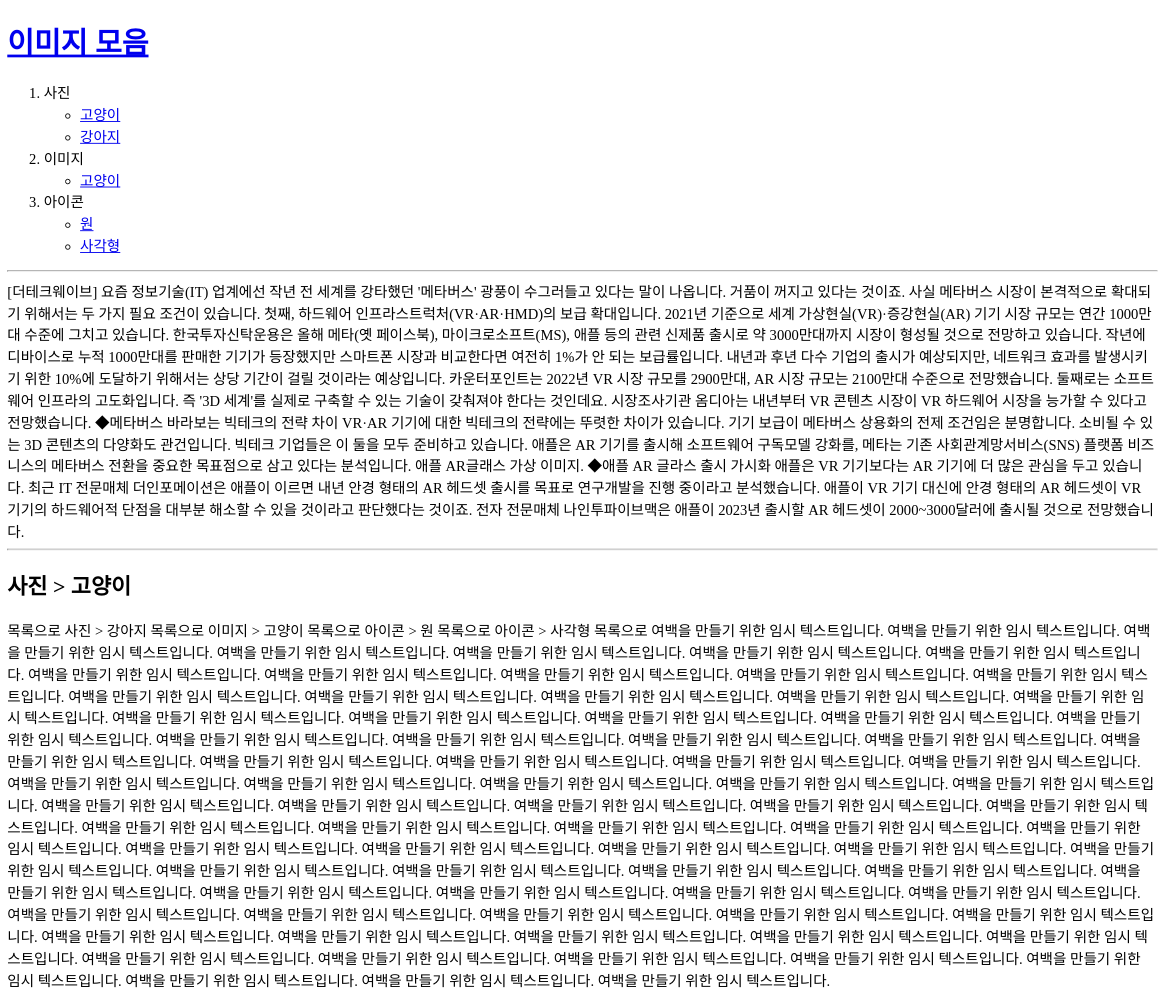
Repository: chanjin5212/Full-Stack-study
Page: client/ClientTest/src/main/webapp/html/htmlquestion/Q08.html
These files come from the project's save history. The page is drawn as it stood at one moment and after the next save; the edit follows.
The browser window is 1280 px wide. The pictures show the whole page, at 91% of full size.

Above is the page before, as saved 2022-05-24 04:04:22.

After the next save:
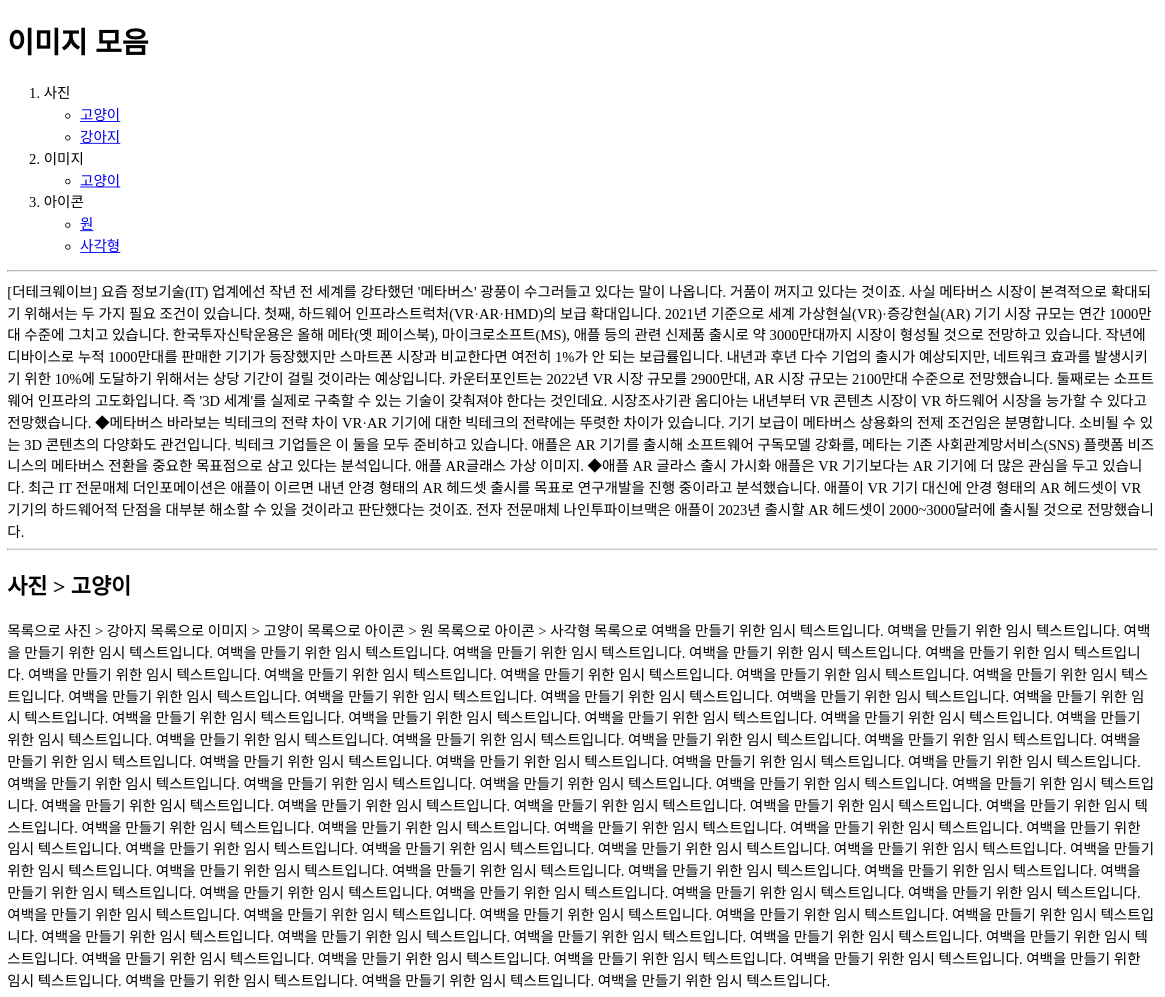
Saved 32 s later.
--- a/client/ClientTest/src/main/webapp/html/htmlquestion/Q08.html
+++ b/client/ClientTest/src/main/webapp/html/htmlquestion/Q08.html
@@ -5,7 +5,7 @@
 <title>Insert title here</title>
 </head>
 <body>
-<h1><a href="#list">이미지 모음</a></h1>
+<h1><a id="#list">이미지 모음</a></h1>
 <ol>
 <li>사진
 <ul>
